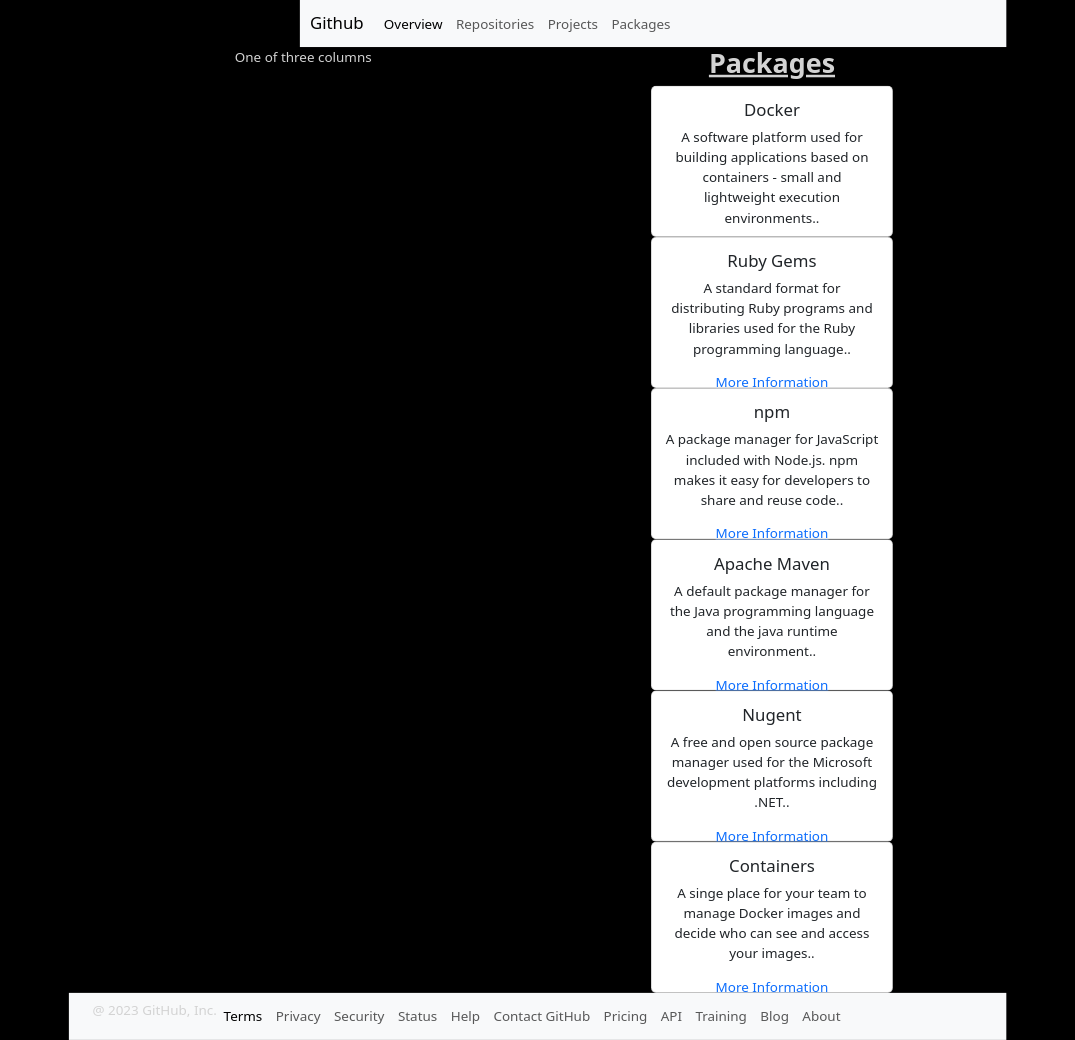
Repository: nss-evening-cohort-E23/gitsub-pull-request-posse
Page: packages.html
These files come from the project's save history. The page is drawn as it stood at one moment and after the next save; the edit follows.
The browser window is 1280 px wide. The pictures show the whole page, at 84% of full size.

Above is the page before, as saved 2023-05-09 17:31:53.

### packages.html
<!DOCTYPE html>
<html lang="en">
<head>
  <meta charset="UTF-8">
  <meta http-equiv="X-UA-Compatible" content="IE=edge">
  <meta name="viewport" content="width=device-width, initial-scale=1.0">
  <link href="https://cdn.jsdelivr.net/npm/bootstrap@5.3.0-alpha3/dist/css/bootstrap.min.css" rel="stylesheet" integrity="sha384-KK94CHFLLe+nY2dmCWGMq91rCGa5gtU4mk92HdvYe+M/SXH301p5ILy+dN9+nJOZ" crossorigin="anonymous">
  <link rel="stylesheet" href="packages.css">
  <title>Packages</title>
</head>
<body>
  <div class="container" id="master">
    <div id="navigate">
      <nav class="navbar navbar-expand-lg bg-body-tertiary">
        <div class="container-fluid">
          <a class="navbar-brand" href="#">Github</a>
          <button class="navbar-toggler" type="button" data-bs-toggle="collapse" data-bs-target="#navbarNavAltMarkup" aria-controls="navbarNavAltMarkup" aria-expanded="false" aria-label="Toggle navigation">
            <span class="navbar-toggler-icon"></span>
          </button>
          <div class="collapse navbar-collapse" id="navbarNavAltMarkup">
            <div class="navbar-nav">
              <a class="nav-link active" aria-current="page" href="#">Overview</a>
              <a class="nav-link" href="#">Repositories</a>
              <a class="nav-link" href="#">Projects</a>
              <a class="nav-link" href="#">Packages</a>
            </div>
          </div>
        </div>
      </nav>
    </div>
   <div class="container text-center">
    <div class="row align-items-start">
    <!-- 2 columns | first column for static bio -->
    <div class="col" id="bio">
      One of three columns

    </div>
    <div class="col">
      <h2><b><u>Packages</u></b></h2>
      <div id="packages"></div>
    </div>
  </div>
</div>
<!-- Footer -->

<div class="footer">
<nav class="navbar navbar-expand-lg bg-body-tertiary">
  <div class="container-fluid">
    <a class="navbar-brand" href="#"></a>
    <button class="navbar-toggler" type="button" data-bs-toggle="collapse" data-bs-target="#navbarNav" aria-controls="navbarNav" aria-expanded="false" aria-label="Toggle navigation">
      <span class="navbar-toggler-icon"></span>
    </button>
    <div class="collapse navbar-collapse" id="footer">
      <p>@ 2023 GitHub, Inc.</p>
      <div id="ftr-links">
      <ul class="navbar-nav">
        <li class="nav-item">
          <a class="nav-link active" aria-current="page" href="#">Terms</a>
        </li>
        <li class="nav-item">
          <a class="nav-link" href="#">Privacy</a>
        </li>
        <li class="nav-item">
          <a class="nav-link" href="#">Security</a>
        </li>
        <li class="nav-item">
          <a class="nav-link" href="#">Status</a>
        </li>
        <li class="nav-item">
          <a class="nav-link" href="#">Help</a>
        </li>
      </ul>

      <ul class="navbar-nav">
        <li class="nav-item">
          <a class="nav-link" href="#">Contact GitHub</a>
        </li>
        <li class="nav-item">
          <a class="nav-link" href="#">Pricing</a>
        </li>
        <li class="nav-item">
          <a class="nav-link" href="#">API</a>
        </li>
        <li class="nav-item">
          <a class="nav-link" href="#">Training</a>
        </li>
        <li class="nav-item">
          <a class="nav-link" href="#">Blog</a>
        </li>
        <li class="nav-item">
          <a class="nav-link" href="#">About</a>
        </li>
      </ul>
    </div>
  </div>
</nav>
</div>
</div>
</div>
</div>
  <script src="main.js"></script>
</body>
</html>

### packages.css
body {
  background-color: black;
  color: lightgray;
  flex: auto;
}

#master {
  display: flex;
  flex-direction: column;
  height: 100vh;
}

#navigate {
  flex: none;

  margin-left: 275px;

}

.footer {
  margin-top: auto;
  justify-content: space-around;

}

#ftr-links {
  display: flex;
  flex-direction: row;
  justify-content: space-between;

}

#packages {
  display: flex;
  flex-direction: row;
  flex-wrap: wrap;
  justify-content: space-around;
  margin: 0 auto;
  width: 100%;

}

.card {
 height: 180px;
  width: 150px;
}

### main.js

const renderToDom = (divId, htmltoRender) => {
  let targetedDiv = document.getElementById(divId);
  targetedDiv.innerHTML = htmltoRender;
};

const reposCardsOnDom = () => {
  let domString = "";
  domString += `

  `;
};

// packages array
const packages = [
  {
    id: 1,
    name: 'Docker',
    description: 'A software platform used for building applications based on containers - small and lightweight execution environments.',

  },

  {
    id: 2,
    name: 'Ruby Gems',
    description: 'A standard format for distributing Ruby programs and libraries used for the  Ruby programming language.',

  },

  {
    id: 3,
    name: 'npm',
    description: 'A package manager for JavaScript included with Node.js. npm makes it easy for developers to share and reuse code.',

  },

  {
    id: 4,
    name: 'Apache Maven',
    description: 'A default package manager for the Java programming language and the java runtime environment.',

  },

  {
    id: 5,
    name: 'Nugent',
    description: 'A free and open source package manager used for the Microsoft development platforms including .NET.',

  },

  {
    id: 6,
    name: 'Containers',
    description: 'A singe place for your team to manage Docker images and decide who can see and access your images.',
  },
]

// packages
const packagesOnDom = (array) => {
  let domString = "";

// package cards
for (const package of array) {
  domString += `<div class="card" style="width: 18rem;" id="pkgs">
  <div class="card-body">
    <h5 class="card-title">${package.name}</h5>
    <p class="card-text">${package.description}.</p>
    <a href="#" class="card-link">More Information</a>
  </div>
</div>`
}
renderToDom("packages", domString);

}
packagesOnDom(packages);

const startApp = () => {
  packagesOnDom(packages);
}

startApp();

After the next save:
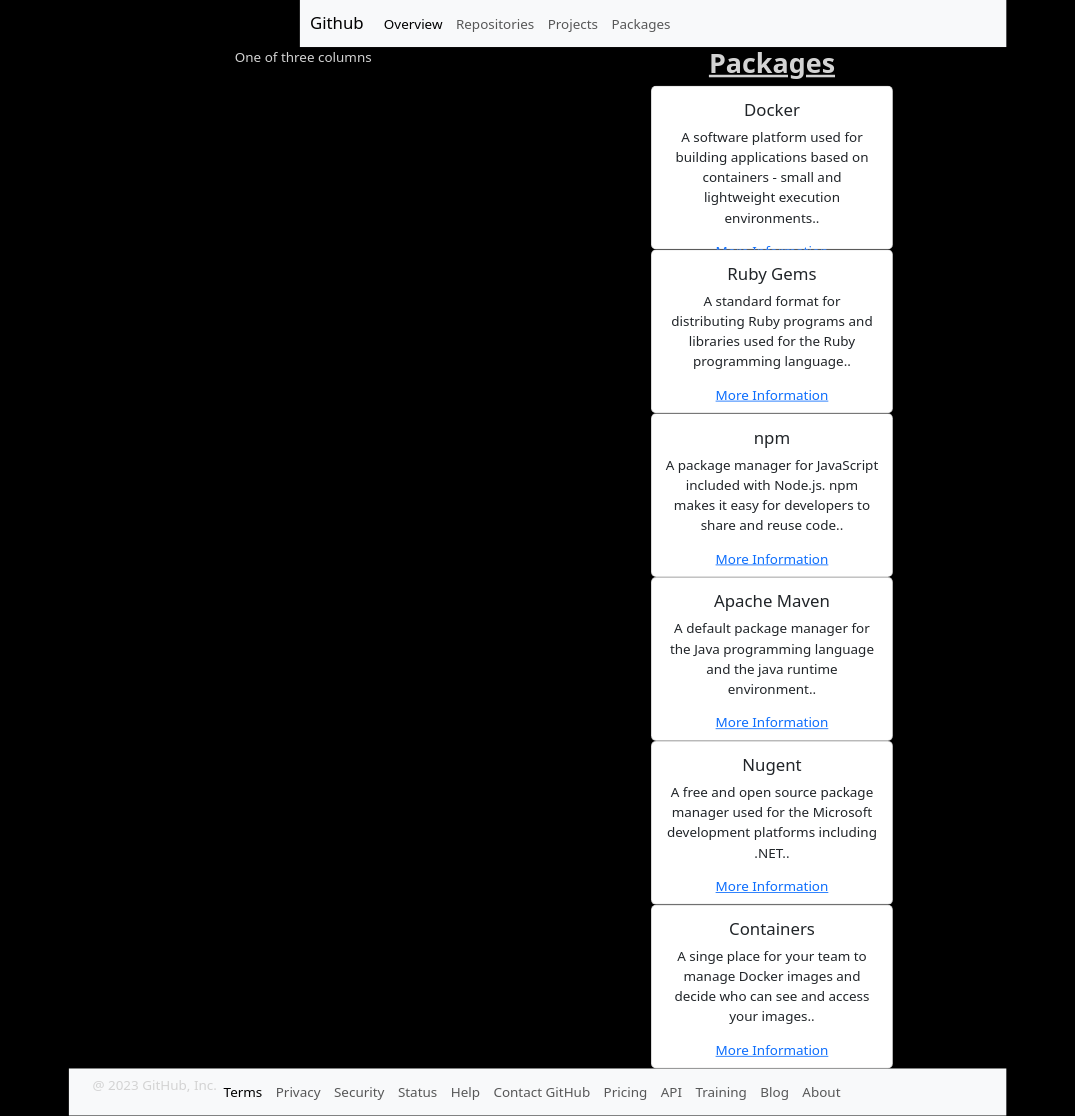
Saved 5 s later.
--- a/packages.css
+++ b/packages.css
@@ -41,6 +41,6 @@
 }
 
 .card {
- height: 180px;
+ height: 195px;
   width: 150px;
 }
